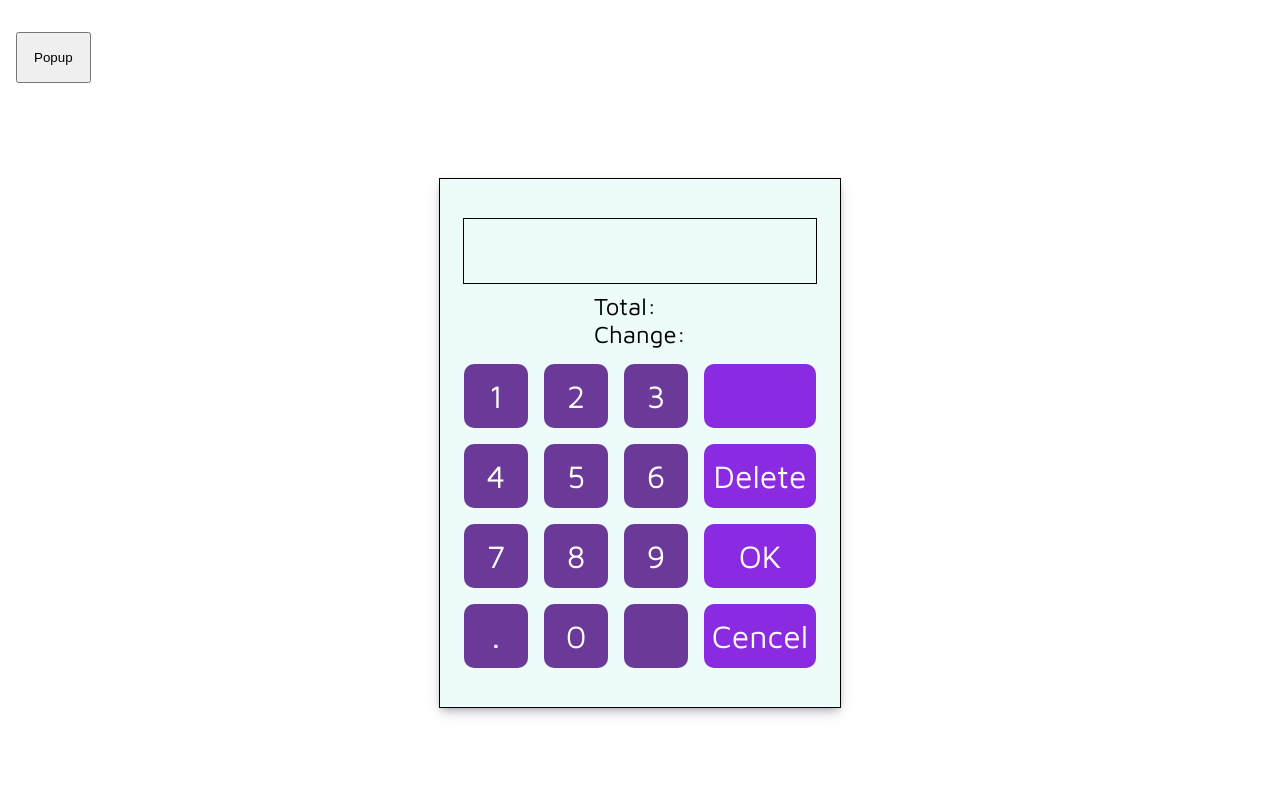
Repository: Dapravith/Midterm-SE-GIC-Cafe-Project-Group16
Page: src/main/resources/templates/changeCalculate.html
These files come from the project's save history. The page is drawn as it stood at one moment and after the next save; the edit follows.
The browser window is 1280 px wide. The pictures show the whole page.

Above is the page before, as saved 2023-05-12 16:34:39.
Console error: TypeError: Cannot read properties of null (reading 'addEventListener')

### src/main/resources/templates/changeCalculate.html
<!DOCTYPE html>
<html lang="en">
  <head>
    <meta charset="UTF-8" />
    <meta http-equiv="X-UA-Compatible" content="IE=edge" />
    <meta name="viewport" content="width=device-width, initial-scale=1.0" />
    <title>Document</title>
    <style>
      @import url("https://fonts.googleapis.com/css2?family=Maven+Pro&display=swap");
      * {
        margin: 0;
        padding: 0;
      }
      body {
        font-family: "Maven Pro", sans-serif;
      }
      .popup_button button {
        margin-top: 2rem;
        margin-left: 1rem;
        padding: 1rem;
      }
      .main_wrapper {
        display: flex;
        height: 100vh;
        justify-content: center;
        align-items: center;
      }
      .wrapper_container {
        width: 25rem;
        height: 33rem;
        border: 1px solid black;
        display: flex;
        align-items: center;
        justify-content: center;
        flex-direction: column;
        background-color: #eefbfb;
        box-shadow: rgba(50, 50, 93, 0.25) 0px 6px 12px -2px,
          rgba(0, 0, 0, 0.3) 0px 3px 7px -3px;
      }
      .first_row {
        display: flex;
        gap: 1rem;
      }
      .second_row {
        display: flex;
        gap: 1rem;
        margin-top: 1rem;
      }
      .third_row {
        display: flex;
        gap: 1rem;
        margin-top: 1rem;
      }
      .zero_row {
        display: flex;
        justify-content: center;
        margin-top: 1rem;
        gap: 1rem;
      }
      .box {
        background-color: rgb(107, 58, 152);
        width: 4rem;
        height: 4rem;
        font-size: 2rem;
        display: flex;
        justify-content: center;
        align-items: center;
        border-radius: 10px;
      }
      .box_cencel {
        background-color: blueviolet;
        width: 7rem;
        height: 4rem;
        font-size: 2rem;
        display: flex;
        justify-content: center;
        align-items: center;
        border-radius: 10px;
      }
      .box_cencel:hover {
        background-color: orange;
        color: white;
      }
      .box_ok {
        background-color: blueviolet;
        width: 7rem;
        height: 4rem;
        font-size: 2rem;
        display: flex;
        justify-content: center;
        align-items: center;
        border-radius: 10px;
      }
      .box_ok:hover {
        background-color: orange;
        color: white;
      }
      .box_ {
        background-color: blueviolet;
        width: 7rem;
        height: 4rem;
        font-size: 2rem;
        display: flex;
        justify-content: center;
        align-items: center;
        border-radius: 10px;
      }
      .box_delete {
        background-color: blueviolet;
        width: 7rem;
        height: 4rem;
        font-size: 2rem;
        display: flex;
        justify-content: center;
        align-items: center;
        border-radius: 10px;
      }
      .box_delete:hover {
        background-color: orange;
        color: white;
      }
      .box:hover {
        background-color: orange;
        color: white;
      }
      a {
        text-decoration: none;
        color: white;
      }
      .number_box {
        margin-bottom: 0.5rem;
        width: 22rem;
        height: 4rem;
        border: 1px solid black;
        color: black;
        display: flex;
        align-items: center;
        font-size: 3rem;
      }
      .total_change_row {
        display: flex;
        flex-direction: column;
        justify-content: flex-start;
        margin-bottom: 1rem;
        font-size: 1.5rem;
      }
    </style>
  </head>
  <body>
    <div class="popup_button">
      <button>Popup</button>
    </div>

    <div class="main_wrapper">
      <div class="wrapper_container">
        <div class="number-box">
          <div class="number_box"></div>
        </div>
        <div class="total_change_row">
          <span>Total: </span>
          <span>Change: </span>
        </div>
        <!-- row 1 -->
        <div class="first_row">
          <div class="box 1"><a href="#">1</a></div>
          <div class="box 2"><a href="#">2</a></div>
          <div class="box 3"><a href="#">3</a></div>
          <div class="box_"></div>
        </div>
        <div class="second_row">
          <div class="box 4"><a href="#">4</a></div>
          <div class="box 5"><a href="#">5</a></div>
          <div class="box 6"><a href="#">6</a></div>
          <div class="box_delete"><a href="#">Delete</a></div>
        </div>
        <div class="third_row">
          <div class="box 7"><a href="#">7</a></div>
          <div class="box 8"><a href="#">8</a></div>
          <div class="box 9"><a href="#">9</a></div>
          <div class="box_ok"><a href="#">OK</a></div>
        </div>
        <div class="zero_row">
          <div class="box ."><a href="#">.</a></div>
          <div class="box 0"><a href="#">0</a></div>
          <div class="box *"><a href=""></a></div>
          <div class="box_cencel"><a href="#">Cencel</a></div>
        </div>
      </div>
    </div>

    <script>
      // Get the number box element
      const numberBox = document.querySelector(".number_box");

      // Initialize the current total and change
      let currentTotal = 0;
      let currentChange = 0;

      // Define a function to update the number box
      function updateNumberBox() {
        numberBox.textContent = currentTotal.toFixed(2);
      }

      // Define a function to calculate and update the change
      function updateChange(paid) {
        currentChange = paid - currentTotal;
        const totalChangeRow = document.querySelector(".total_change_row");
        totalChangeRow.children[1].textContent = `Change: ${currentChange.toFixed(
          2
        )} USD`;
      }

      // Define click handlers for each number button
      const numberButtons = document.querySelectorAll(".box");
      numberButtons.forEach((button) => {
        button.addEventListener("click", () => {
          const number = parseInt(button.textContent);
          currentTotal += number;
          updateNumberBox();
        });
      });

      // Define click handler for the delete button
      const deleteButton = document.querySelector(".box_delete");
      deleteButton.addEventListener("click", () => {
        currentTotal = 0;
        currentChange = 0;
        updateNumberBox();
        updateChange(0);
      });

      // Define click handler for the OK button
      const okButton = document.querySelector(".box_ok");
      okButton.addEventListener("click", () => {
        const paid = parseFloat(prompt("Enter the amount paid:"));
        if (isNaN(paid)) {
          alert("Invalid amount paid.");
        } else if (paid < currentTotal) {
          alert("Not enough money paid.");
        } else {
          updateChange(paid);
        }
      });

      // Define click handler for the cancel button
      const cancelButton = document.querySelector(".box_cancel");
      cancelButton.addEventListener("click", () => {
        // Reset the current total and change
        currentTotal = 0;
        currentChange = 0;
        updateNumberBox();
        updateChange(0);

        // Close the popup
        popup.style.display = "none";
      });

      // Define click handler for the popup button
      const popupButton = document.querySelector(".popup_button button");
      popupButton.addEventListener("click", () => {
        // Show the popup
        popup.style.display = "block";
      });

      // Hide the popup by default
      const popup = document.querySelector(".wrapper_container");
      popup.style.display = "none";
    </script>
  </body>
</html>

After the next save:
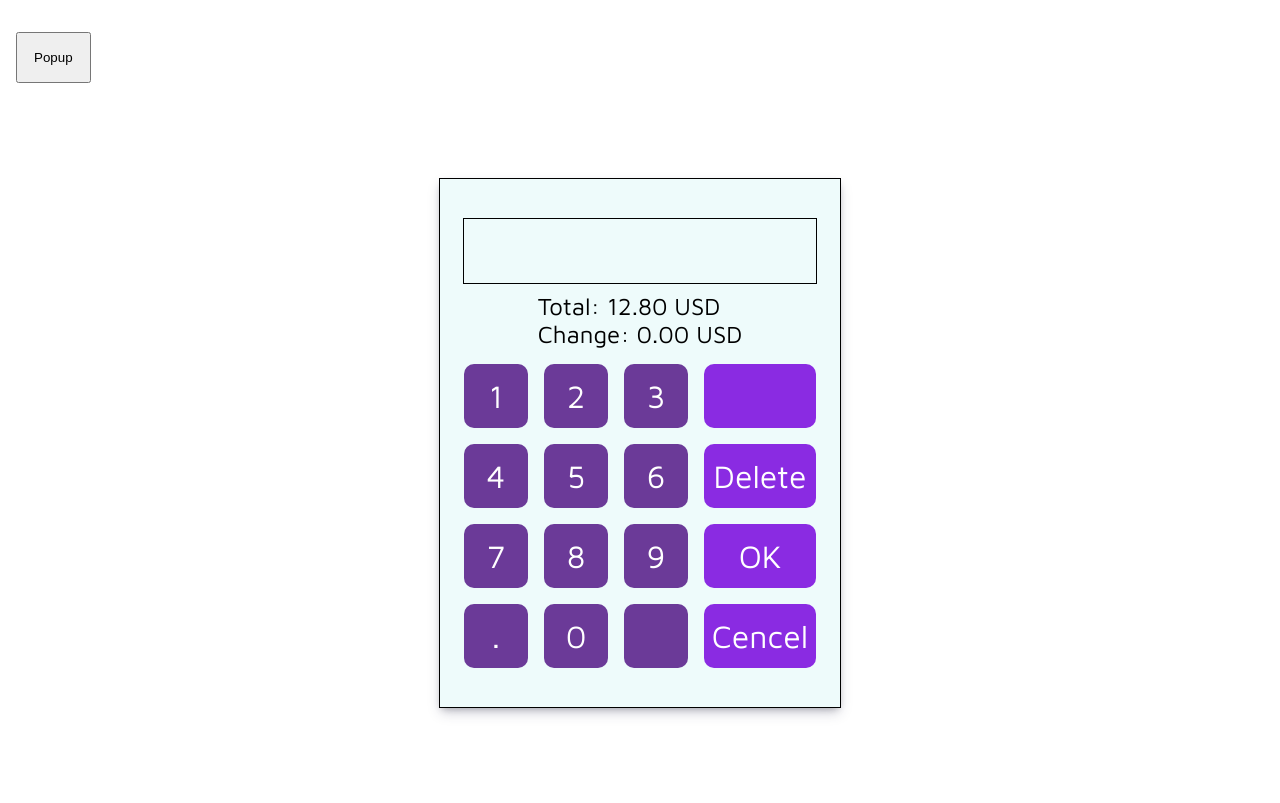
The error is gone.
Saved 2 min 54 s later.
--- a/src/main/resources/templates/changeCalculate.html
+++ b/src/main/resources/templates/changeCalculate.html
@@ -189,82 +189,68 @@
     </div>
 
     <script>
-      // Get the number box element
+      // Get the DOM elements
+      const totalElement = document.querySelector(
+        ".total_change_row span:first-child"
+      );
+      const changeElement = document.querySelector(
+        ".total_change_row span:last-child"
+      );
       const numberBox = document.querySelector(".number_box");
 
-      // Initialize the current total and change
-      let currentTotal = 0;
-      let currentChange = 0;
-
-      // Define a function to update the number box
-      function updateNumberBox() {
-        numberBox.textContent = currentTotal.toFixed(2);
-      }
-
-      // Define a function to calculate and update the change
-      function updateChange(paid) {
-        currentChange = paid - currentTotal;
-        const totalChangeRow = document.querySelector(".total_change_row");
-        totalChangeRow.children[1].textContent = `Change: ${currentChange.toFixed(
-          2
-        )} USD`;
-      }
-
-      // Define click handlers for each number button
-      const numberButtons = document.querySelectorAll(".box");
-      numberButtons.forEach((button) => {
+      // Set the initial values
+      let total = 12.8;
+      let change = 0;
+      let enteredNumber = "";
+
+      // Helper function to update the displayed total and change
+      function updateTotalAndChange() {
+        totalElement.textContent = `Total: ${total.toFixed(2)} USD`;
+        changeElement.textContent = `Change: ${change.toFixed(2)} USD`;
+      }
+
+      // Event listener for the number buttons
+      document.querySelectorAll(".box").forEach((button) => {
         button.addEventListener("click", () => {
-          const number = parseInt(button.textContent);
-          currentTotal += number;
-          updateNumberBox();
+          const number = button.textContent;
+          enteredNumber += number;
+          numberBox.textContent = enteredNumber;
         });
       });
 
-      // Define click handler for the delete button
-      const deleteButton = document.querySelector(".box_delete");
-      deleteButton.addEventListener("click", () => {
-        currentTotal = 0;
-        currentChange = 0;
-        updateNumberBox();
-        updateChange(0);
-      });
-
-      // Define click handler for the OK button
-      const okButton = document.querySelector(".box_ok");
-      okButton.addEventListener("click", () => {
-        const paid = parseFloat(prompt("Enter the amount paid:"));
-        if (isNaN(paid)) {
-          alert("Invalid amount paid.");
-        } else if (paid < currentTotal) {
-          alert("Not enough money paid.");
-        } else {
-          updateChange(paid);
+      // Event listener for the delete button
+      document.querySelector(".box_delete").addEventListener("click", () => {
+        enteredNumber = enteredNumber.slice(0, -1);
+        numberBox.textContent = enteredNumber;
+      });
+
+      // Event listener for the OK button
+      document.querySelector(".box_ok").addEventListener("click", () => {
+        const enteredAmount = parseFloat(enteredNumber);
+        if (!isNaN(enteredAmount)) {
+          total += enteredAmount;
+          change = Math.max(change - enteredAmount, 0);
+          enteredNumber = "";
+          updateTotalAndChange();
+          numberBox.textContent = "";
         }
       });
 
-      // Define click handler for the cancel button
-      const cancelButton = document.querySelector(".box_cancel");
-      cancelButton.addEventListener("click", () => {
-        // Reset the current total and change
-        currentTotal = 0;
-        currentChange = 0;
-        updateNumberBox();
-        updateChange(0);
-
-        // Close the popup
-        popup.style.display = "none";
-      });
-
-      // Define click handler for the popup button
-      const popupButton = document.querySelector(".popup_button button");
-      popupButton.addEventListener("click", () => {
-        // Show the popup
-        popup.style.display = "block";
-      });
-
-      // Hide the popup by default
-      const popup = document.querySelector(".wrapper_container");
-      popup.style.display = "none";
+      // Event listener for the cancel button
+      document.querySelector(".box_cencel").addEventListener("click", () => {
+        enteredNumber = "";
+        numberBox.textContent = "";
+      });
+
+      // Event listener for the popup button
+      document
+        .querySelector(".popup_button button")
+        .addEventListener("click", () => {
+          // Display the popup or do whatever else you need to do here
+        });
+
+      // Update the initial total and change values
+      updateTotalAndChange();
     </script>
   </body>
 </html>
